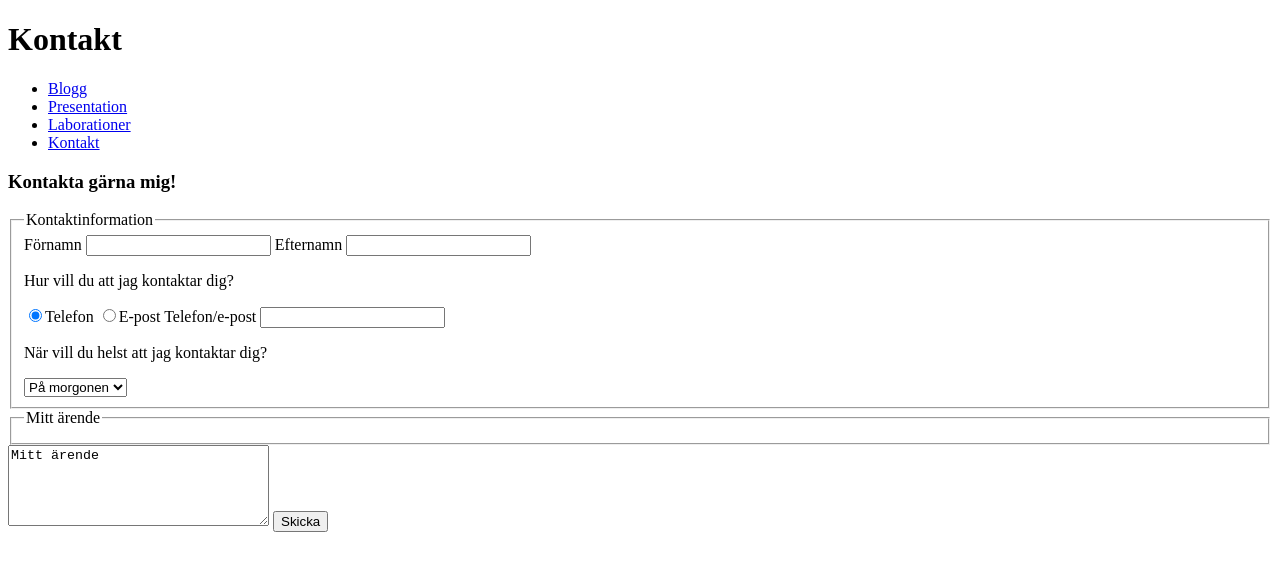
Repository: js223kz/1ik415-laborationer
Page: Pages/contact.html
The author's editor kept a record of every edit. The page is drawn from the files as they stood at one moment, then again after the next edit.
The browser window is 1280 px wide. The pictures show the whole page.

Above is the page before.

After the next edit:
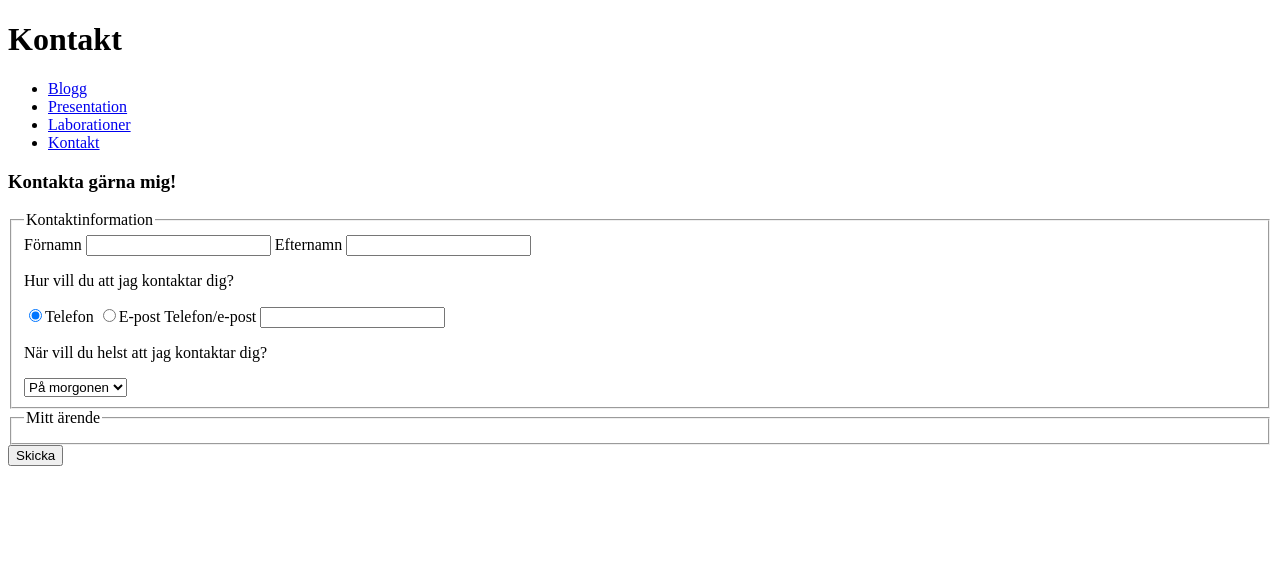
The edit:
--- a/Pages/contact.html
+++ b/Pages/contact.html
@@ -56,7 +56,7 @@
 
 
 
-                    <textarea cols="30" rows="5" value="whatiwant">Mitt ärende</textarea>
+
 
                     <button type="submit">Skicka</button>
                 </form>
